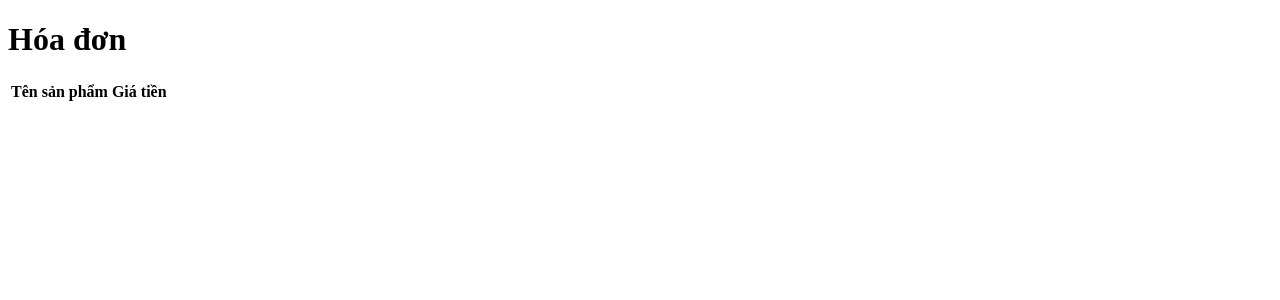
Repository: wuubangdev/bookstore-servlet-jsp
Page: http://localhost/Bai20_JSPCoban_TrangMuaHang/datMuaMayTinh.jsp
The author's editor kept a copy of each file at every save. The page is drawn from the files as they stood at one save, then again after the next save.
The browser window is 1280 px wide. The pictures show the whole page.
The page is served by Tomcat 9.

Above is the page before, as saved 2024-03-19 03:34:39.

### Bai20_JSPCoban_TrangMuaHang/src/main/webapp/datMuaMayTinh.jsp
<%@ page language="java" contentType="text/html; charset=UTF-8"
    pageEncoding="UTF-8"%>
<!DOCTYPE html>
<html>
<head>
<meta charset="UTF-8">
<title>Dat Mua May Tinh</title>
</head>
<body>
	<%
		String processor = request.getParameter("processor");
		String ram = request.getParameter("ram");
		String monitor = request.getParameter("monitor");
		String[] accessories = request.getParameterValues("accessories");

		double totalPrice = 0;
		double processorPrice = 0;
		double ramPrice = 0;
		double monitorPrice = 0;
		double accessoriesPrice = 0;

		if (processor!=null) {
			if(processor.equals("corei9")) {
				processorPrice += 200;
			} else if(processor.equals("corei7")) {
				processorPrice += 150;
			} else if(processor.equals("corei5")) {
				processorPrice += 100;
			} else if(processor.equals("corei3")) {
				processorPrice += 50;
			}
		}

		if (ram!=null) {
			if(ram.equals("8G")) {
				ramPrice += 15;
			} else if(ram.equals("16G")) {
				ramPrice += 30;
			} else if(ram.equals("32G")) {
				ramPrice += 45;
			}
		}

		if (ram!=null) {
			if(ram.equals("24i")) {
				monitorPrice += 120;
			} else if(ram.equals("27i")) {
				monitorPrice += 180;
			} else if(ram.equals("32i")) {
				monitorPrice += 240;
			}
		}

		if(accessories!=null) {
			for (String chooses: accessories) {
				if(chooses.equals("1")) {
					accessoriesPrice += 80;
				}
				if(chooses.equals("2")) {
					accessoriesPrice += 250;
				}
				if(chooses.equals("3")) {
					accessoriesPrice += 180;
				}
				if(chooses.equals("4")) {
					accessoriesPrice += 45;
				}
			}
		}
		totalPrice = accessoriesPrice + monitorPrice +ramPrice + processorPrice;
	%>
	<h1>Hóa đơn</h1>
	<div class="container" style="width: 720px">
		<table class="table">
		  <thead>
		    <tr>
		      <th scope="col">Tên sản phẩm</th>
		      <th scope="col">Giá tiền</th>
		    </tr>
		  </thead>
		  <tbody>
		  	<%if(processor!=null){ %>
			    <tr>
			      <td><%=processor %></td>
			      <td><%=accessoriesPrice%>$</td>
			    </tr>
		    <%} %>
		  </tbody>
		</table>
	</div>
</body>
</html>

After the next save:
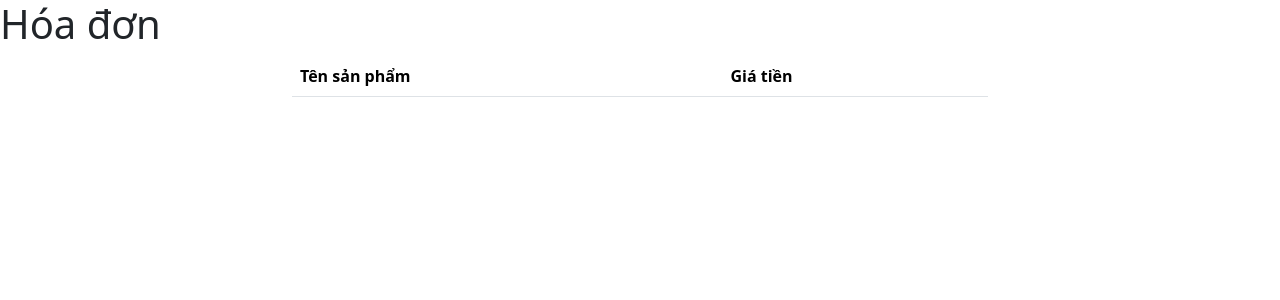
Saved 96 s later.
--- a/Bai20_JSPCoban_TrangMuaHang/src/main/webapp/datMuaMayTinh.jsp
+++ b/Bai20_JSPCoban_TrangMuaHang/src/main/webapp/datMuaMayTinh.jsp
@@ -5,6 +5,8 @@
 <head>
 <meta charset="UTF-8">
 <title>Dat Mua May Tinh</title>
+<link href="https://cdn.jsdelivr.net/npm/bootstrap@5.3.3/dist/css/bootstrap.min.css" rel="stylesheet" integrity="sha384-QWTKZyjpPEjISv5WaRU9OFeRpok6YctnYmDr5pNlyT2bRjXh0JMhjY6hW+ALEwIH" crossorigin="anonymous">
+<script src="https://cdn.jsdelivr.net/npm/bootstrap@5.3.3/dist/js/bootstrap.bundle.min.js" integrity="sha384-YvpcrYf0tY3lHB60NNkmXc5s9fDVZLESaAA55NDzOxhy9GkcIdslK1eN7N6jIeHz" crossorigin="anonymous"></script>
 </head>
 <body>
 	<%
